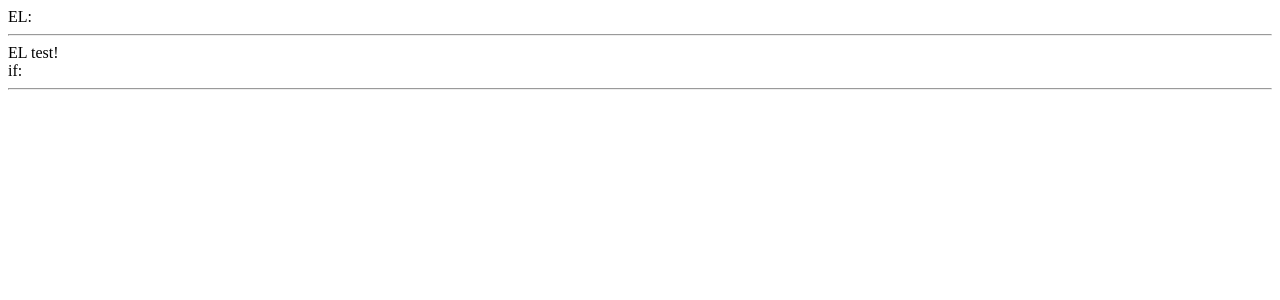
Repository: icankeep/Java
Page: http://localhost/web-crud/test.jsp
An editor plug-in stored every save of this project. The page is shown before and after the next save, followed by the edit.
The browser window is 1280 px wide. The pictures show the whole page.
The page is served by Tomcat 9. Other server files are loaded and not shown.

Above is the page before, as saved 2018-12-04 11:41:55.

### workspace/web-crud/webapp/test.jsp
<%@ page language="java" contentType="text/html; charset=UTF-8"%>
<%@taglib uri="http://java.sun.com/jsp/jstl/core" prefix="c"%>
<!DOCTYPE html PUBLIC "-//W3C//DTD HTML 4.01 Transitional//EN" "http://www.w3.org/TR/html4/loose.dtd">
<html>
<head>
<meta http-equiv="Content-Type" content="text/html; charset=UTF-8">
<title>Insert title here</title>
</head>
<body>
	EL:
	<hr/>
	<%
		String test = "EL test!";
		request.setAttribute("test", test);
		request.setAttribute("num", 10);
	%>
	${test}
	<br/>
	if:
	<hr/>
	<c:if test="${num > 10}">num>10</c:if>
</body>
</html>

After the next save:
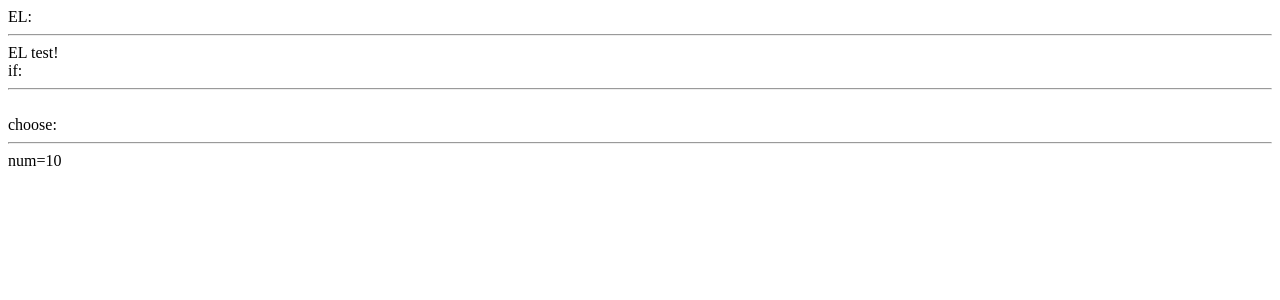
Saved 64 s later.
--- a/workspace/web-crud/webapp/test.jsp
+++ b/workspace/web-crud/webapp/test.jsp
@@ -19,5 +19,12 @@
 	if:
 	<hr/>
 	<c:if test="${num > 10}">num>10</c:if>
+	<br/>
+	choose:
+	<hr/>
+	<c:choose>
+		<c:when test="${num == 10}">num=10</c:when>
+		<c:otherwise>num!=10</c:otherwise>
+	</c:choose>
 </body>
 </html>
